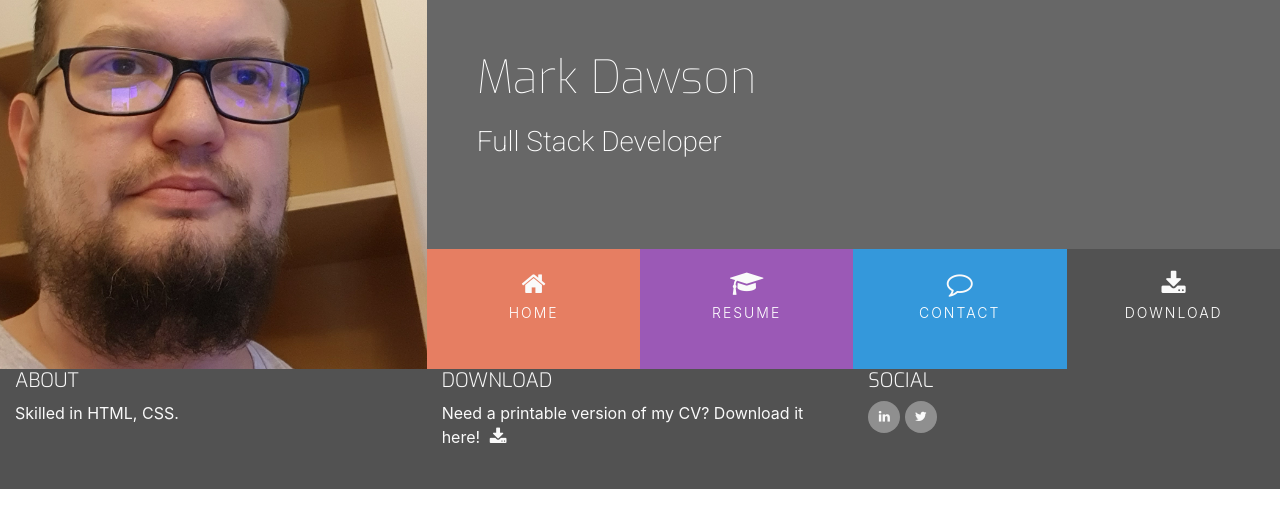
Repository: marcopolomt/resume
Page: contact.html
The author's editor kept a record of every edit. The page is drawn from the files as they stood at one moment, then again after the next edit.
The browser window is 1280 px wide. The pictures show the whole page.

Above is the page before.

### contact.html
<!DOCTYPE html>
<html lang="en">

<head>
    <meta charset="UTF-8">
    <meta name="viewport" content="width=device-width, initial-scale=1.0">
    <meta http-equiv="X-UA-Compatible" content="ie=edge">
    <link rel="stylesheet" href="https://stackpath.bootstrapcdn.com/bootstrap/4.3.1/css/bootstrap.min.css" type="text/css" />
    <link rel="stylesheet" href="https://stackpath.bootstrapcdn.com/font-awesome/4.7.0/css/font-awesome.min.css" type="text/css" />
    <link rel="stylesheet" href="https://cdnjs.cloudflare.com/ajax/libs/hover.css/2.3.1/css/hover-min.css" type="text/css" />
    <link rel="stylesheet" href="assets/css/style.css" type="text/css" />
    <title>Mark</title>
</head>

<body>
    <header>
        <div class="row no-gutters">
            <a href="index.html" class="col-md-4 logo">

            </a>
            <div class="col-md-8">
                <div class="row no-gutters bg-color-name-title">
                    <div class="col heading">
                        <h1 class="name">Mark Dawson</h1>
                        <h2 class="title">Full Stack Developer</h2>
                    </div>
                </div>
                <div class="row no-gutters">
                    <div class="col">
                        <ul id="nav" class="list-inline menucontainer">
                            <li class="col-6 col-sm-3 ui-menu-color-home list-inline-item menuitem">
                                <a href="#" class="hvr-sweep-to-bottom"><i class="fa fa-home" aria-hidden="true"></i><span>Home</span></a>
                            </li>
                            <li class="col-6 col-sm-3 ui-menu-color-resume list-inline-item menuitem">
                                <a href="#" class="hvr-sweep-to-bottom"><i class="fa fa-graduation-cap" aria-hidden="true"></i><span>Resume</span></a>
                            </li>
                            <li class="col-6 col-sm-3 ui-menu-color-contact list-inline-item menuitem">
                                <a href="#" class="hvr-sweep-to-bottom"><i class="fa fa-comment-o" aria-hidden="true"></i><span>Contact</span></a>
                            </li>
                            <li class="col-6 col-sm-3 ui-menu-color-download list-inline-item menuitem">
                                <a href="#" class="hvr-sweep-to-bottom"><i class="fa fa-download" aria-hidden="true"></i><span>Download</span></a>
                            </li>
                        </ul>
                    </div>
                </div>
            </div>
        </div>
    </header>
    <section>

    </section>
    <footer class="container-fluid">
        <div class="row">
            <div class="col-sm-4">
                <h5 class="uppercase general-sub">About</h5>
                <p class="inline-block">
                    Skilled in HTML, CSS.
                </p>
            </div>
            <div class="col-sm-4">
                <h5 class="uppercase general-sub">Download</h5>
                <p class="inline-block">
                    Need a printable version of my CV? Download it here!
                    <a href="#" target="_blank" class="cv-pdf">
                        <i class="fa fa-download" aria-hidden="true"></i>
                        <span class="sr-only">Download link</span>
                    </a>
                </p>
            </div>
            <div class="col-sm-4">
                <h5 class="uppercase general-sub">Social</h5>
                <ul class="list-inline social-links">
                    <li class="list-inline-item">
                        <a target="_blank" href="#">
                            <i class="fa fa-linkedin" aria-hidden="true"></i>
                        <span class="sr-only">linked in</span>

                        </a>
                    </li>
                    <li class="list-inline-item">
                        <a target="_blank" href="#">
                            <i class="fa fa-twitter" aria-hidden="true"></i>
                        <span class="sr-only">Twitter</span>
                </ul>
            </div>
        </div>

    </footer>

</body>

</html>

### assets/css/style.css
@import url('https://fonts.googleapis.com/css?family=Roboto:100,200,300,400,500,600,700|Exo:100,200,300,400,500,600,700');

/*-------------colours------------- */

.bg-color-name-title {
    background-color: #676767;
}

.ui-menu-color-home {
    background-color: #e67e62;
}

.ui-menu-color-resume {
    background-color: #9b59b6;
}

.ui-menu-color-contact {
    background-color: #3498db;
}

.ui-menu-color-download {
    background-color: #525252;
}

/*-------------special paddings/margins/text------------- */

h1,
h2,
h3,
h4 {
    margin: 0;

}

.uppercase {
    text-transform: uppercase;
}

.general-sub {
    font-family: "Exo", sans-serif;
    font-weight: 300;
    color: #fafafa;
}

.inline-block {
    display: inline-block;
}

/*-------------heading------------- */

header {
    margin: 0;
}

.heading {
    margin-left: 50px;

}

.logo {
    background: url(../images/me4.png);
    background-position: center;
    background-repeat: no-repeat;
    background-size: cover;
    min-height: 360px;
    transition: all .5s ease-in-out;
    -moz-transition: all .5s ease-in-out;
    -webkit-transition: all .5s ease-in-out;
}

.name {
    font-family: "Exo", sans-serif;
    font-weight: 100;
    font-size: 46px;
    margin-top: 50px;
    color: #fff;
}

.title {
    font-family: "Roboto", sans-serif;
    font-weight: 200;
    font-size: 28px;
    margin-top: 20px;
    margin-bottom: 90px;
    color: #fff;
}

.list-inline-item:not(:last-child) {
    margin: 0;
}

.menucontainer {
    font-size: 0;
}

#nav {
    margin: 0;
}

#nav li {
    font-size: 14px;
    padding: 0;
}

.menuitem {
    height: 120px;
    text-align: center;
    padding: 0;
}

.menuitem a {
    width: 100%;
    text-decoration: none;
    color: #fff;
    height: 120px;
}

.menuitem a i {
    padding-top: 22px;
    display: block;
    color: #fafafa;
    font-size: 26px;
}

.menuitem span {
    display: block;
    width: 100%;
    padding-top: 5px;
    text-align: center;
    text-transform: uppercase;
    font-size: 14px;
    font-weight: 300;
    letter-spacing: 2px;
}

/*-------------hover.css------------- */

.hvr-sweep-to-bottom:before {
    background: rgba(0, 0, 0, 0.2);
    height: 120px;

}

/*-------------footer------------- */

footer {
    background-color: #525252;
    color: #fafafa;
    min-height: 120px;
    margin: 0;
}

.cv-pdf i {
    font-size: 18px;
    color: #fafafa;
    text-align: center;
    padding-left: 5px;
    transition: all 0.35s ease-in-out;
    -moz-transition: all 0.35s ease-in-out;
    -webkit-transition: all 0.35s ease-in-out;
    -o-transition: all 0.35s ease-in-out;
}

.cv-pdf i:hover {
    color: #e84610;
}

.social-links {
    padding-bottom: 15px;

}

.social-links li a i {
    width: 32px;
    height: 32px;
    padding: 12px 0;
    border-radius: 50%;
    font-size: 13px;
    line-height: 7px;
    text-align: center;
    color: #fafafa;
    background: #8f8f8f;
    transition: all 0.35s ease-in-out;
    -moz-transition: all 0.35s ease-in-out;
    -webkit-transition: all 0.35s ease-in-out;
    -o-transition: all 0.35s ease-in-out;
}

.social-links li a i:hover {
    background: #e84610;
}

#footer-details {
    padding: 20px;
}

After the next edit:
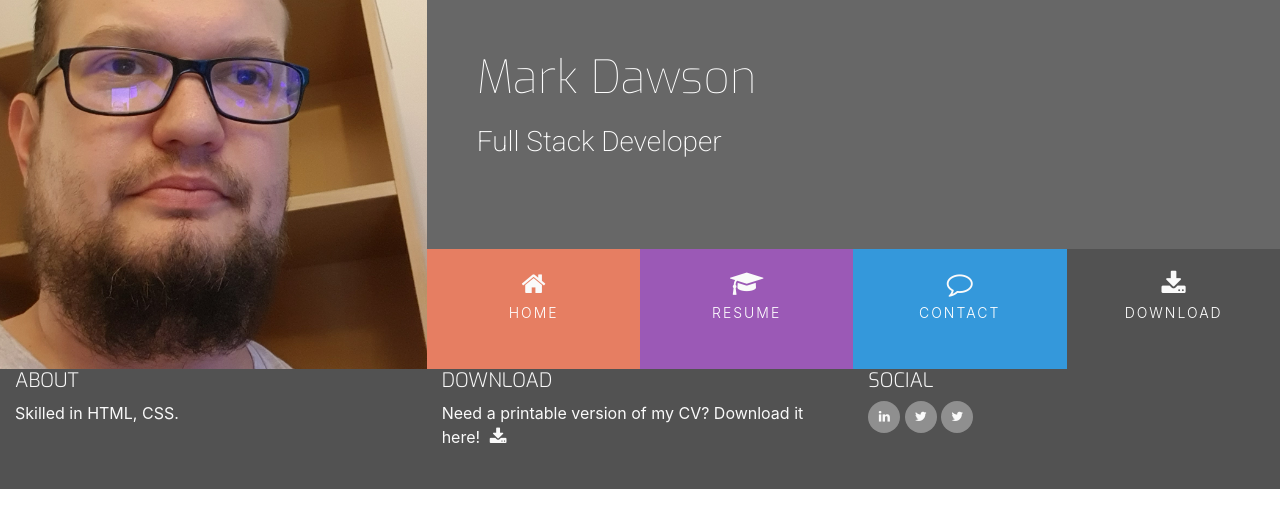
The edit:
--- a/contact.html
+++ b/contact.html
@@ -81,6 +81,12 @@
                         <a target="_blank" href="#">
                             <i class="fa fa-twitter" aria-hidden="true"></i>
                         <span class="sr-only">Twitter</span>
+                                                </a>
+                    </li>
+                            <li class="list-inline-item">
+                        <a target="_blank" href="#">
+                            <i class="fa fa-twitter" aria-hidden="true"></i>
+                        <span class="sr-only">Twitter</span>
                 </ul>
             </div>
         </div>
